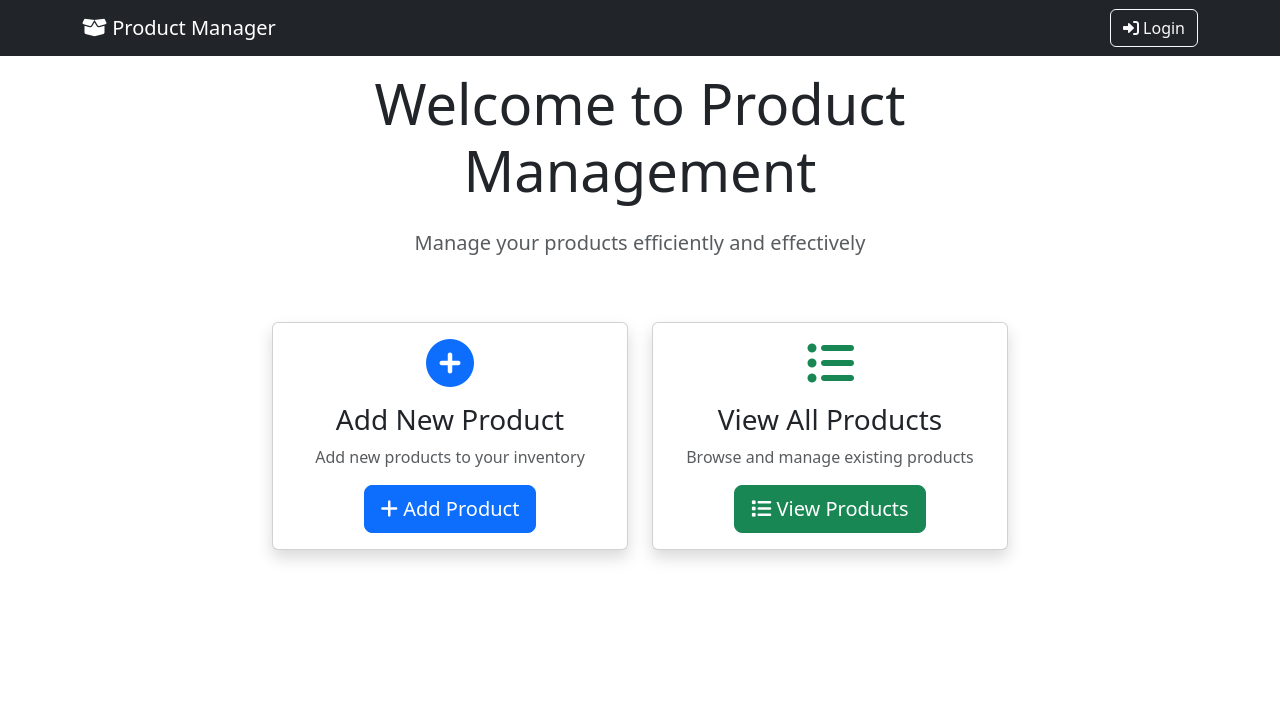
Repository: patramanik/java_ORM_Hibernate
Page: http://localhost/HD20/
The author's editor kept a copy of each file at every save. The page is drawn from the files as they stood at one save, then again after the next save.
The browser window is 1280 px wide. The pictures show the whole page.
The page is served by Tomcat 10.

Above is the page before, as saved 2025-04-16 16:58:55.

After the next save:
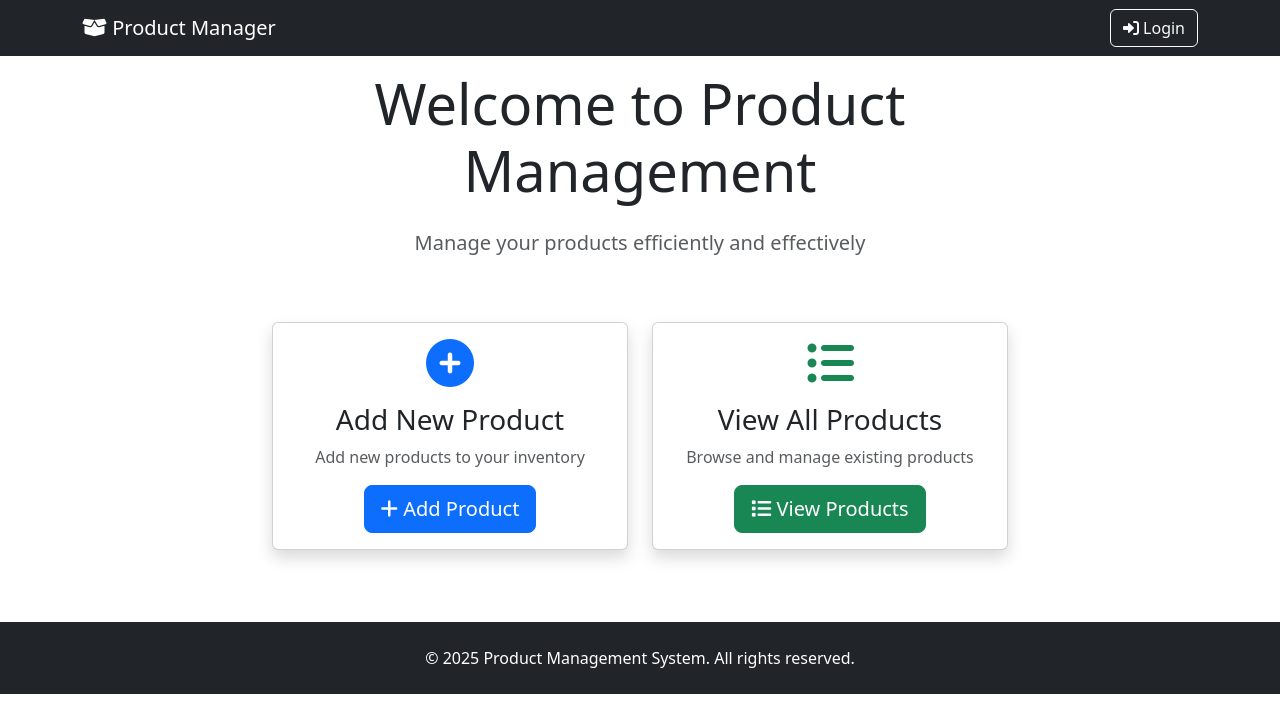
Saved 8 s later.
--- a/HD20/src/main/webapp/index.jsp
+++ b/HD20/src/main/webapp/index.jsp
@@ -77,7 +77,7 @@
     </div>
 
     <!-- Footer -->
-   <%--  <%@ include file="footer.jsp" %> --%>
+    <%@ include file="footer.jsp" %>
    <!--  <footer class="bg-dark text-white mt-5">
         <div class="container py-4 text-center">
             <p class="mb-0">&copy; 2025 Product Management System. All rights reserved.</p>
